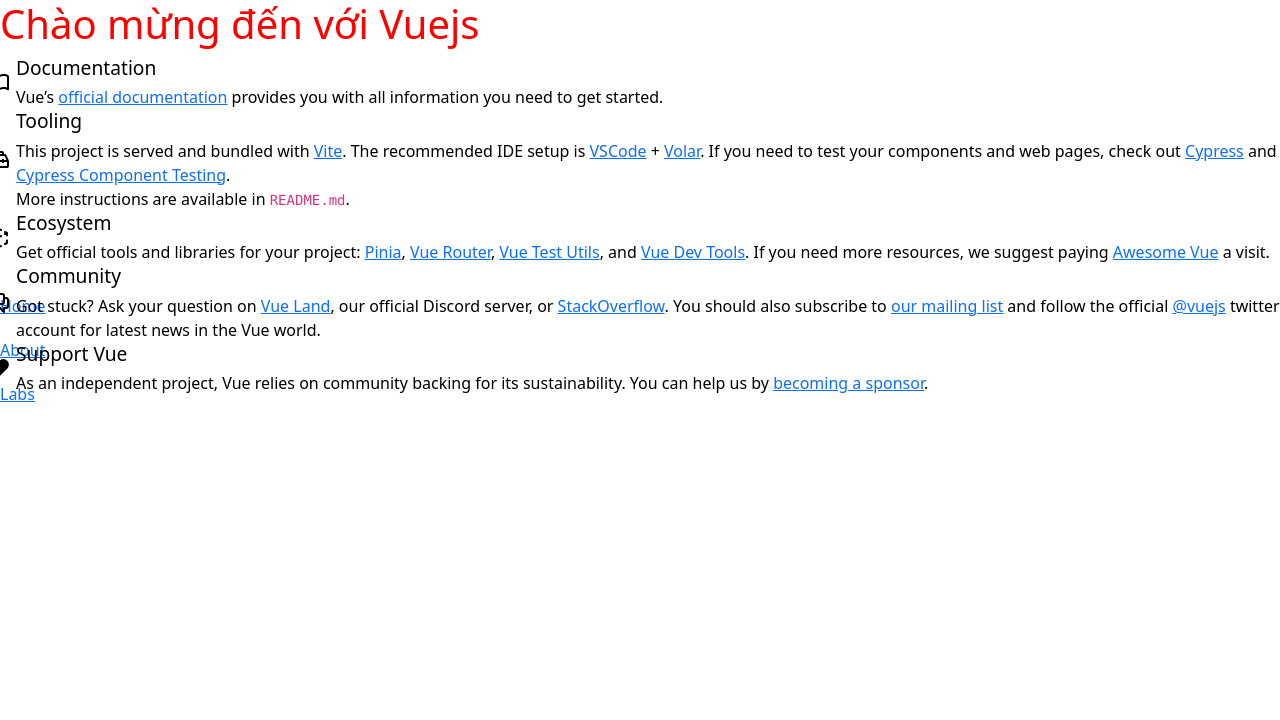
Repository: tuankiet10920/homeworkFEF
Page: /
These files come from the project's save history. The page is drawn as it stood at one moment and after the next save; the edit follows.
The browser window is 1280 px wide. The pictures show the whole page.
The project was rebuilt for these pictures with package versions that can differ from the ones it lists, and the page was loaded fresh each time. Also part of the build but not shown: vite.config.js, src/components/HelloWorld.vue.

Above is the page before, as saved 2024-10-22 13:01:25.

After the next save:
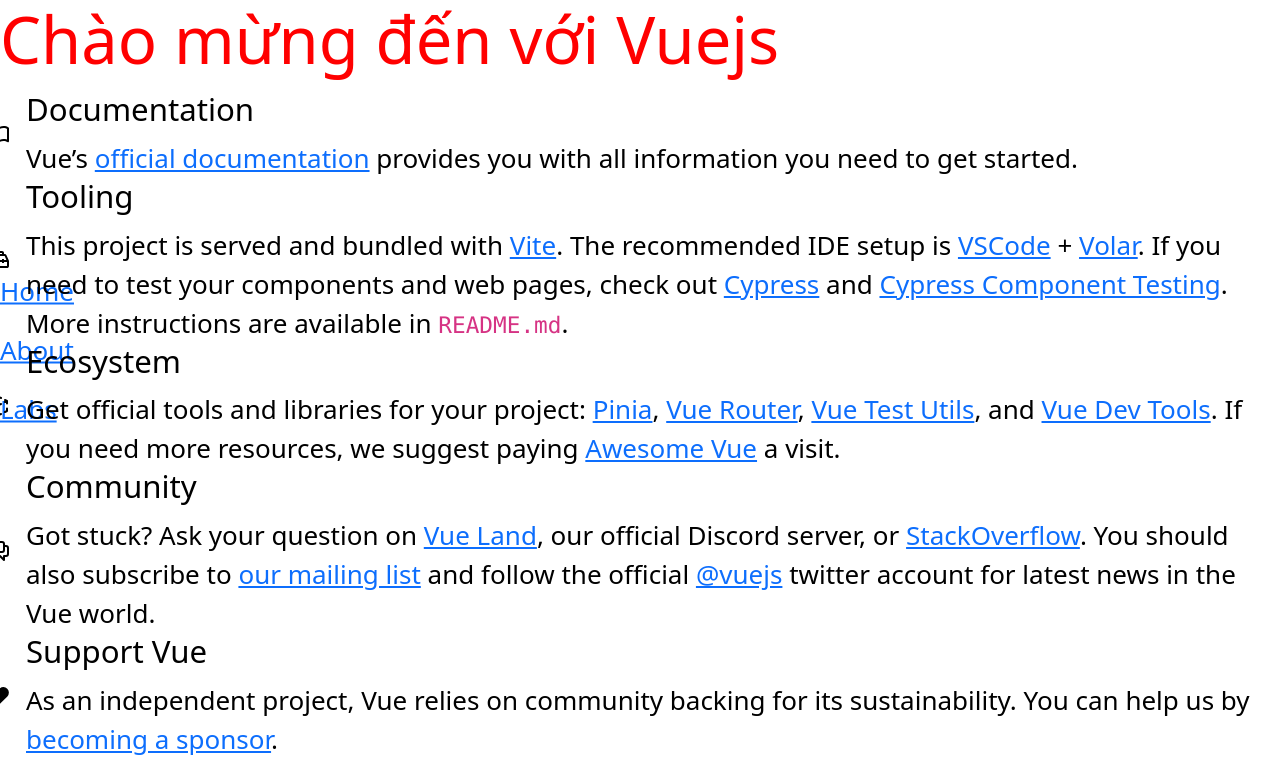
Saved 8 s later.
--- a/src/assets/css/main.css
+++ b/src/assets/css/main.css
@@ -4,5 +4,5 @@
   box-sizing: border-box;
   text-decoration: none;
   color: #000;
-  font-size: 16px;
+  font-size: 26px;
 }

After the save that followed:
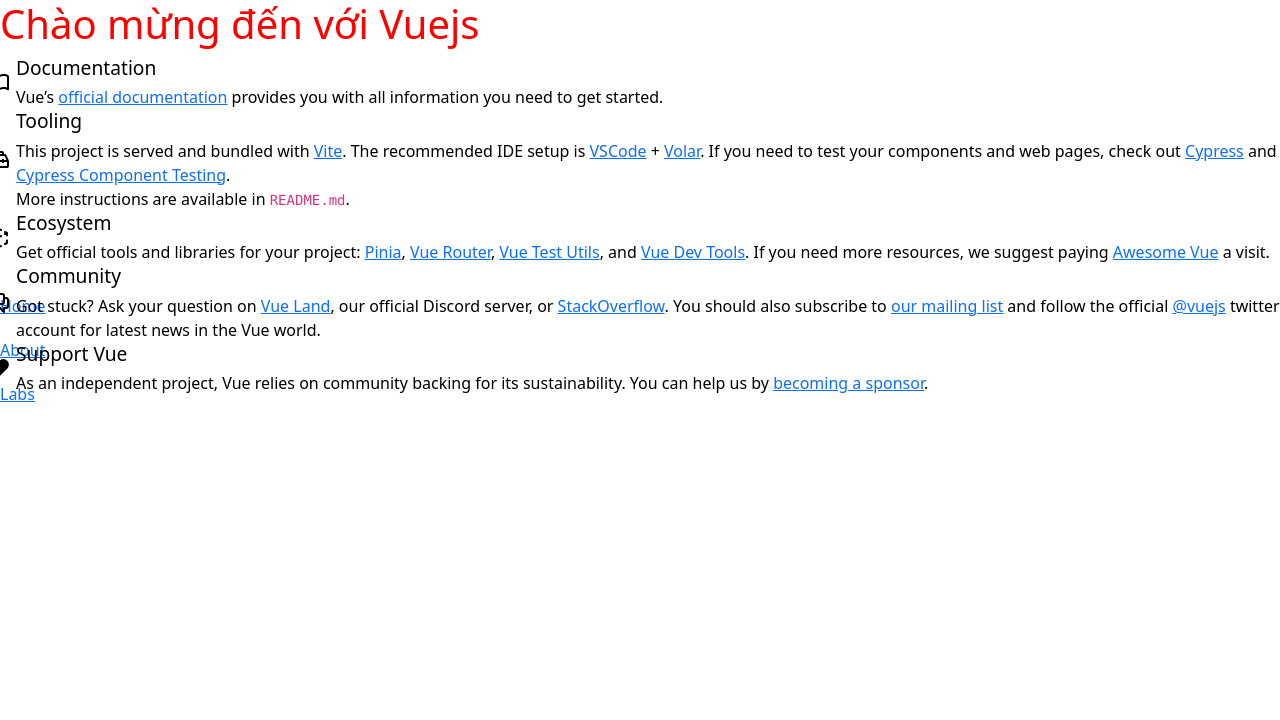
Saved 6 s later.
--- a/src/assets/css/main.css
+++ b/src/assets/css/main.css
@@ -4,5 +4,5 @@
   box-sizing: border-box;
   text-decoration: none;
   color: #000;
-  font-size: 26px;
+  font-size: 16px;
 }
